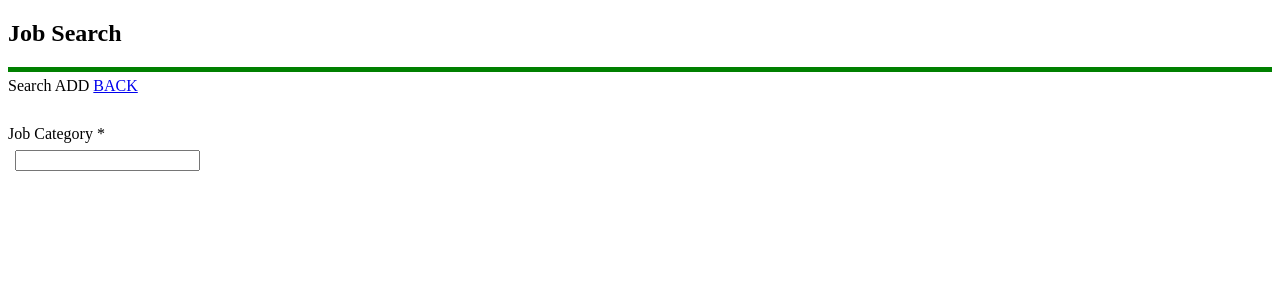
Repository: anvarhaseeb/jobPortalSystem
Page: http://localhost/public_html/Search.jsp
An editor plug-in stored every save of this project. The page is shown before and after the next save, followed by the edit.
The browser window is 1280 px wide. The pictures show the whole page.
The page is served by Tomcat 9. Other server files are loaded and not shown.

Above is the page before, as saved 2024-01-10 05:44:21.

### JOB/public_html/WEB-INF/classes/struts.xml
<?xml version="1.0" encoding="UTF-8"?>
<!DOCTYPE struts PUBLIC
   "-//Apache Software Foundation//DTD Struts Configuration 2.5//EN"
   "https://struts.apache.org/dtds/struts-2.5.dtd">

<struts>
	<constant value="true" name="struts.devMode" />
	   <constant name="struts.custom.i18n.resources" value="Bundle" />
	<package name="home" extends="struts-default">



		<action name="home" class="com.job.action.JobAction"
			method="home">
			<result name="success">Job.jsp</result>
			<result name="error">error.jsp</result>
		</action>
		<action name="signOut" class="com.job.action.JobAction"
			method="signOut">
			<result name="success">SignOut.jsp</result>
			<result name="error">error.jsp</result>
		</action>

		<action name="searchPage" class="com.job.action.JobAction"
			method="searchPage">
			<result name="success">Search.jsp</result>
			<result name="error">error.jsp</result>
		</action>

		<action name="addPage" class="com.job.action.JobAction"
			method="addPage">
			<result name="success">JobPost.jsp</result>
			<result name="error">error.jsp</result>

		</action>

		<action name="toEditPage" class="com.job.action.JobAction"
			method="editPage">
			<result name="success">JobPost.jsp</result>
			<result name="error">error.jsp</result>
		</action>

		<action name="actionNames" class="com.job.action.JobAction"
			method="action">
			<result name="success">Search.jsp</result>
			<result name="Edit">JobList.jsp</result>
			<result name="error">error.jsp</result>
			<result name="input">JobPost.jsp</result>

		</action>


		<action name="search" class="com.job.action.JobAction"
			method="search">
			<result name="success">JobList.jsp</result>
			<result name="error">error.jsp</result>
		</action>

		<action name="jobDelete" class="com.job.action.JobAction"
			method="jobDelete">
			<result name="success">JobList.jsp</result>
			<result name="error">error.jsp</result>
		</action>

		<action name="viewPages" class="com.job.action.JobAction"
			method="viewPage">
			<result name="success">ViewJob.jsp</result>
			<result name="error">error.jsp</result>
		</action>
		<action name="cancel" class="com.job.action.JobAction"
			method="cancel">
			<result name="success">JobList.jsp</result>
			<result name="error">error.jsp</result>
		</action>



		 <action name="reportDownload" class="com.job.action.JobAction" method="reportDownload">
			<result name="error">error.jsp</result>
			</action>


	</package>
</struts>

### JOB/public_html/Search.jsp
<!--
Search.jsp :- the jsp for to search the job  -->

<%@ page language="java" contentType="text/html; charset=UTF-8"
	pageEncoding="UTF-8"%>
<%@ taglib prefix="s" uri="/struts-tags"%>

<!DOCTYPE html>
<html>
<head>
<meta charset="UTF-8">
<title>Search Page</title>

</head>
<body>

	<div style="margin-bottom: 5px; border-bottom: 5px solid green;">
		<h2 class="mt-2"><%-- <s:text name="jobsearch.message" /> --%>
		<s:text name="jobsearch.message"/></h2>
	</div>

	<a class="btn btn-primary mt-2" onclick="searchJob()"><s:text name="search.button"/></a>
	<a class="btn btn-primary mt-2" onclick="addPages()"><s:text name="add.button"/></a>
	<a class="btn btn-secondary mt-2" href="home"><s:text name="back.button"/></a>


		<s:if test="hasActionMessages()">
			<div class="alert alert-success alert-dismissible fade show"
				role="alert">
				<h4><s:text name="success"/> !</h4>
				<s:actionmessage />
				<button type="button" class="btn-close" data-bs-dismiss="alert"
					aria-label="Close"></button>
			</div>
		</s:if>

		<div class="row">
			        <s:form onsubmit="searchJob() ; return false" id="searchForm" class="d-flex"
                method="post">

<div class="form-group row">
                                <div style="width: 150px; padding-top: 30px;"
                                        class="col-sm-3 col-form-label">
                                        <s:label for="categoryName" style="">
                                                <label><s:text name="JobCategory" /></label>

                                                <span class='text-danger'>*</span>
                                        </s:label>
                                </div>
                                <div class="ms-2">
                                        <s:textfield type="text" name="model.category.categoryName"
                                                maxlength="255" id="categoryName" class="form-control mb-2"
                                                placeholder="%{getText('messages.enter')} %{getText('messages.category')} %{getText('messages.name')}" />
                                </div>
                        </div>
        </s:form>



	</div>


</body>
</html>

After the next save:
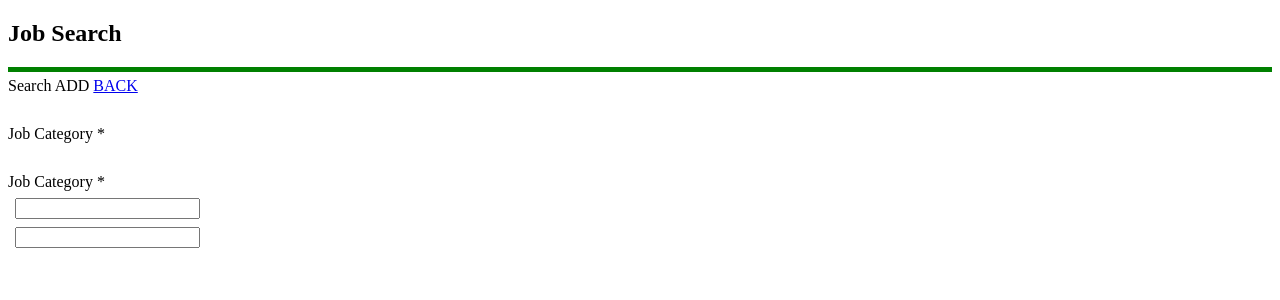
Saved 24 s later.
--- a/JOB/public_html/Search.jsp
+++ b/JOB/public_html/Search.jsp
@@ -53,6 +53,21 @@ Search.jsp :- the jsp for to search the job  -->
                                                 placeholder="%{getText('messages.enter')} %{getText('messages.category')} %{getText('messages.name')}" />
                                 </div>
                         </div>
+                        <div class="form-group row">
+                                <div style="width: 150px; padding-top: 30px;"
+                                        class="col-sm-3 col-form-label">
+                                        <s:label for="categoryName" style="">
+                                                <label><s:text name="JobCategory" /></label>
+
+                                                <span class='text-danger'>*</span>
+                                        </s:label>
+                                </div>
+                                <div class="ms-2">
+                                        <s:textfield type="text" name="model.category.categoryName"
+                                                maxlength="255" id="categoryName" class="form-control mb-2"
+                                                placeholder="%{getText('messages.enter')} %{getText('messages.category')} %{getText('messages.name')}" />
+                                </div>
+                        </div>
         </s:form>
 
 
